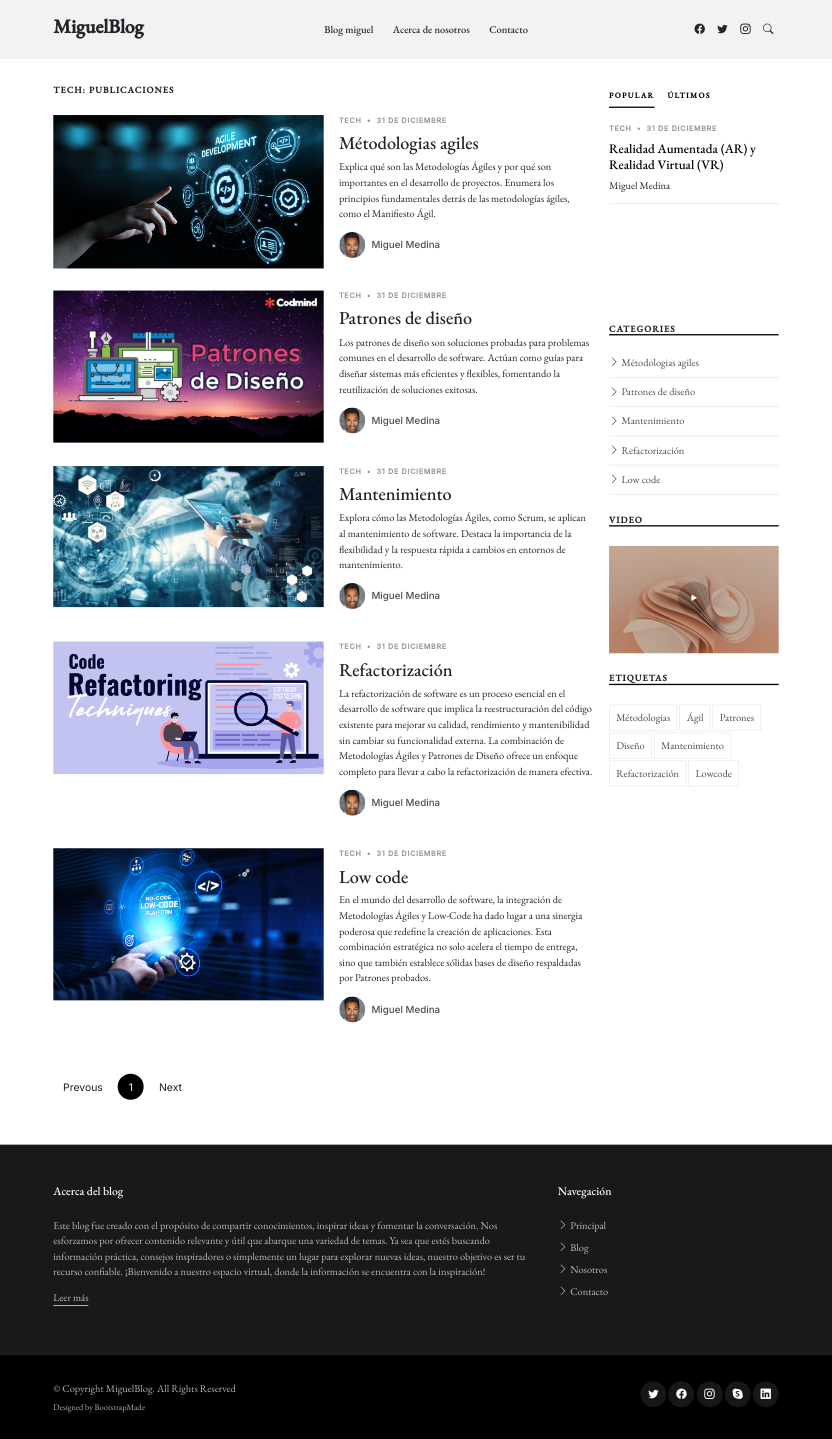
Repository: MiguelDev5/blog-miguel
Page: index.html
These files come from the project's save history. The page is drawn as it stood at one moment and after the next save; the edit follows.
The browser window is 1280 px wide. The pictures show the whole page, at 65% of full size.
Some web fonts or font styles are not loaded; a fallback is used.

Above is the page before, as saved 2024-01-01 21:36:38.

### index.html
<!DOCTYPE html>
<html lang="en">

<head>
  <meta charset="utf-8">
  <meta content="width=device-width, initial-scale=1.0" name="viewport">

  <title>MiguelBlog Bootstrap Template - Category</title>
  <meta content="" name="description">
  <meta content="" name="keywords">

  <!-- Favicons -->
  <link href="assets/img/favicon.png" rel="icon">
  <link href="assets/img/apple-touch-icon.png" rel="apple-touch-icon">

  <!-- Google Fonts -->
  <link rel="preconnect" href="https://fonts.googleapis.com">
  <link rel="preconnect" href="https://fonts.gstatic.com" crossorigin>
  <link href="https://fonts.googleapis.com/css2?family=EB+Garamond:wght@400;500&family=Inter:wght@400;500&family=Playfair+Display:ital,wght@0,400;0,700;1,400;1,700&display=swap" rel="stylesheet">

  <!-- Vendor CSS Files -->
  <link href="assets/vendor/bootstrap/css/bootstrap.min.css" rel="stylesheet">
  <link href="assets/vendor/bootstrap-icons/bootstrap-icons.css" rel="stylesheet">
  <link href="assets/vendor/swiper/swiper-bundle.min.css" rel="stylesheet">
  <link href="assets/vendor/glightbox/css/glightbox.min.css" rel="stylesheet">
  <link href="assets/vendor/aos/aos.css" rel="stylesheet">

  <!-- Template Main CSS Files -->
  <link href="assets/css/variables.css" rel="stylesheet">
  <link href="assets/css/main.css" rel="stylesheet">

  <!-- =======================================================
  * Template Name: MiguelBlog
  * Updated: Sep 18 2023 with Bootstrap v5.3.2
  * Template URL: https://bootstrapmade.com/miguelBlog-bootstrap-blog-template/
  * Author: BootstrapMade.com
  * License: https:///bootstrapmade.com/license/
  ======================================================== -->
</head>

<body>

  <!-- ======= Header ======= -->
  <header id="header" class="header d-flex align-items-center fixed-top">
    <div class="container-fluid container-xl d-flex align-items-center justify-content-between">

      <a href="index.html" class="logo d-flex align-items-center">
        <!-- Uncomment the line below if you also wish to use an image logo -->
        <!-- <img src="assets/img/logo.png" alt=""> -->
        <h1>MiguelBlog</h1>
      </a>

      <nav id="navbar" class="navbar">
        <ul>
          <li><a href="index.html">Blog miguel</a></li>
          <li><a href="about.html">Acerca de nosotros</a></li>
          <li><a href="contact.html">Contacto</a></li>
        </ul>
      </nav><!-- .navbar -->

      <div class="position-relative">
        <a href="#" class="mx-2"><span class="bi-facebook"></span></a>
        <a href="#" class="mx-2"><span class="bi-twitter"></span></a>
        <a href="#" class="mx-2"><span class="bi-instagram"></span></a>

        <a href="#" class="mx-2 js-search-open"><span class="bi-search"></span></a>
        <i class="bi bi-list mobile-nav-toggle"></i>

        <!-- ======= Search Form ======= -->
        <div class="search-form-wrap js-search-form-wrap">
          <form action="search-result.html" class="search-form">
            <span class="icon bi-search"></span>
            <input type="text" placeholder="Search" class="form-control">
            <button class="btn js-search-close"><span class="bi-x"></span></button>
          </form>
        </div><!-- End Search Form -->

      </div>

    </div>

  </header><!-- End Header -->

  <main id="main">
    <section>
      <div class="container">
        <div class="row">

          <div class="col-md-9" data-aos="fade-up">
            <h3 class="category-title">Tech: publicaciones</h3>

            <div class="d-md-flex post-entry-2 half">
              <a href="post-ma  .html" class="me-4 thumbnail">
                <img src="assets/img/ma001.jpg" alt="" class="img-fluid">
              </a>
              <div>
                <div class="post-meta"><span class="date">Tech</span> <span class="mx-1">&bullet;</span> <span>31 de Diciembre</span></div>
                <h3><a href="post-ma.html">Métodologias agiles</a></h3>
                <p>Explica qué son las Metodologías Ágiles y por qué son importantes en el desarrollo de proyectos.
                  Enumera los principios fundamentales detrás de las metodologías ágiles, como el Manifiesto Ágil.</p>
                <div class="d-flex align-items-center author">
                  <div class="photo"><img src="assets/img/person-2.jpg" alt="" class="img-fluid"></div>
                  <div class="name">
                    <h3 class="m-0 p-0">Miguel Medina</h3>
                  </div>
                </div>
              </div>
            </div>

            <div class="d-md-flex post-entry-2 half">
              <a href="post-pd.html" class="me-4 thumbnail">
                <img src="assets/img/pd001.jpg" alt="" class="img-fluid">
              </a>
              <div>
                <div class="post-meta"><span class="date">Tech</span> <span class="mx-1">&bullet;</span> <span>31 de Diciembre</span></div>
                <h3><a href="post-pd.html">Patrones de diseño</a></h3>
                <p>Los patrones de diseño son soluciones probadas para problemas comunes en el desarrollo de software. Actúan como guías para diseñar sistemas más eficientes y flexibles, fomentando la reutilización de soluciones exitosas.</p>
                <div class="d-flex align-items-center author">
                  <div class="photo"><img src="assets/img/person-2.jpg" alt="" class="img-fluid"></div>
                  <div class="name">
                    <h3 class="m-0 p-0">Miguel Medina</h3>
                  </div>
                </div>
              </div>
            </div>

            <div class="d-md-flex post-entry-2 half">
              <a href="post-m.html" class="me-4 thumbnail">
                <img src="assets/img/m001.jpg" alt="" class="img-fluid">
              </a>
              <div>
                <div class="post-meta"><span class="date">Tech</span> <span class="mx-1">&bullet;</span> <span>31 de Diciembre</span></div>
                <h3><a href="post-m.html">Mantenimiento</a></h3>
                <p>Explora cómo las Metodologías Ágiles, como Scrum, se aplican al mantenimiento de software. Destaca la importancia de la flexibilidad y la respuesta rápida a cambios en entornos de mantenimiento.</p>
                <div class="d-flex align-items-center author">
                  <div class="photo"><img src="assets/img/person-2.jpg" alt="" class="img-fluid"></div>
                  <div class="name">
                    <h3 class="m-0 p-0">Miguel Medina</h3>
                  </div>
                </div>
              </div>
            </div>

            <div class="d-md-flex post-entry-2 half">
              <a href="post-r.html" class="me-4 thumbnail">
                <img src="assets/img/r001.png" alt="" class="img-fluid">
              </a>
              <div>
                <div class="post-meta"><span class="date">Tech</span> <span class="mx-1">&bullet;</span> <span>31 de Diciembre</span></div>
                <h3><a href="post-r.html">Refactorización</a></h3>
                <p>La refactorización de software es un proceso esencial en el desarrollo de software que implica la reestructuración del código existente para mejorar su calidad, rendimiento y mantenibilidad sin cambiar su funcionalidad externa. La combinación de Metodologías Ágiles y Patrones de Diseño ofrece un enfoque completo para llevar a cabo la refactorización de manera efectiva.</p>
                <div class="d-flex align-items-center author">
                  <div class="photo"><img src="assets/img/person-2.jpg" alt="" class="img-fluid"></div>
                  <div class="name">
                    <h3 class="m-0 p-0">Miguel Medina</h3>
                  </div>
                </div>
              </div>
            </div>

            <div class="d-md-flex post-entry-2 half">
              <a href="post-lc.html" class="me-4 thumbnail">
                <img src="assets/img/lc001.jpg" alt="" class="img-fluid">
              </a>
              <div>
                <div class="post-meta"><span class="date">Tech</span> <span class="mx-1">&bullet;</span> <span>31 de Diciembre</span></div>
                <h3><a href="post-lc.html">Low code</a></h3>
                <p>En el mundo del desarrollo de software, la integración de Metodologías Ágiles y Low-Code ha dado lugar a una sinergia poderosa que redefine la creación de aplicaciones. Esta combinación estratégica no solo acelera el tiempo de entrega, sino que también establece sólidas bases de diseño respaldadas por Patrones probados.</p>
                <div class="d-flex align-items-center author">
                  <div class="photo"><img src="assets/img/person-2.jpg" alt="" class="img-fluid"></div>
                  <div class="name">
                    <h3 class="m-0 p-0">Miguel Medina</h3>
                  </div>
                </div>
              </div>
            </div>
            <div class="text-start py-4">
              <div class="custom-pagination">
                <a href="#" class="prev">Prevous</a>
                <a href="#" class="active">1</a>
                <a href="#" class="next">Next</a>
              </div>
            </div>
          </div>

          <div class="col-md-3">
            <!-- ======= Sidebar ======= -->
            <div class="aside-block">

              <ul class="nav nav-pills custom-tab-nav mb-4" id="pills-tab" role="tablist">
                <li class="nav-item" role="presentation">
                  <button class="nav-link active" id="pills-popular-tab" data-bs-toggle="pill" data-bs-target="#pills-popular" type="button" role="tab" aria-controls="pills-popular" aria-selected="true">Popular</button>
                </li>
                <li class="nav-item" role="presentation">
                  <button class="nav-link" id="pills-latest-tab" data-bs-toggle="pill" data-bs-target="#pills-latest" type="button" role="tab" aria-controls="pills-latest" aria-selected="false">Últimos</button>
                </li>
              </ul>

              <div class="tab-content" id="pills-tabContent">

                <!-- Popular -->
                <div class="tab-pane fade show active" id="pills-popular" role="tabpanel" aria-labelledby="pills-popular-tab">
                  <div class="post-entry-1 border-bottom">
                    <div class="post-meta"><span class="date">Tech</span> <span class="mx-1">&bullet;</span> <span>31 de Diciembre</span></div>
                    <h2 class="mb-2"><a href="#">Realidad Aumentada (AR) y Realidad Virtual (VR)</a></h2>
                    <span class="author mb-3 d-block">Miguel Medina</span>
                  </div>


                <!-- Latest -->
                <div class="tab-pane fade" id="pills-latest" role="tabpanel" aria-labelledby="pills-latest-tab">
                  <div class="post-entry-1 border-bottom">
                    <div class="post-meta"><span class="date">Tech</span> <span class="mx-1">&bullet;</span> <span>31 de Diciembre</span></div>
                    <h2 class="mb-2"><a href="#">Life Insurance And Pregnancy: A Working Mom’s Guide</a></h2>
                    <span class="author mb-3 d-block">Miguel Medina</span>
                  </div>
                </div> <!-- End Latest -->

              </div>
            </div>

            <div class="aside-block">
              <h3 class="aside-title">Categories</h3>
              <ul class="aside-links list-unstyled">
                <li><a href="category.html"><i class="bi bi-chevron-right"></i> Métodologias agiles</a></li>
                <li><a href="category.html"><i class="bi bi-chevron-right"></i> Patrones de diseño</a></li>
                <li><a href="category.html"><i class="bi bi-chevron-right"></i> Mantenimiento</a></li>
                <li><a href="category.html"><i class="bi bi-chevron-right"></i> Refactorización</a></li>
                <li><a href="category.html"><i class="bi bi-chevron-right"></i> Low code</a></li>
              </ul>
            </div><!-- End Categories -->

            <div class="aside-block">
              <h3 class="aside-title">Video</h3>
              <div class="video-post">
                <a href="https://www.youtube.com/watch?v=AiFfDjmd0jU" class="glightbox link-video">
                  <span class="bi-play-fill"></span>
                  <img src="assets/img/post-landscape-5.jpg" alt="" class="img-fluid">
                </a>
              </div>
            </div><!-- End Video -->



            <div class="aside-block">
              <h3 class="aside-title">Etiquetas</h3>
              <ul class="aside-tags list-unstyled">
                <li><a href="category.html">Métodologias</a></li>
                <li><a href="category.html">Ágil</a></li>
                <li><a href="category.html">Patrones</a></li>
                <li><a href="category.html">Diseño</a></li>
                <li><a href="category.html">Mantenimiento</a></li>
                <li><a href="category.html">Refactorización</a></li>
                <li><a href="category.html">Lowcode</a></li>
              </ul>
            </div><!-- End Tags -->

          </div>

        </div>
      </div>
    </section>
  </main><!-- End #main -->

  <!-- ======= Footer ======= -->
  <footer id="footer" class="footer">
    <div class="footer-content">
      <div class="container">
        <div class="row g-5">
          <div class="col-lg-8">
            <h3 class="footer-heading">Acerca del blog</h3>
            <p>Este blog fue creado con el propósito de compartir conocimientos, inspirar ideas y fomentar la conversación. Nos esforzamos por ofrecer contenido relevante y útil que abarque una variedad de temas. Ya sea que estés buscando información práctica, consejos inspiradores o simplemente un lugar para explorar nuevas ideas, nuestro objetivo es ser tu recurso confiable. ¡Bienvenido a nuestro espacio virtual, donde la información se encuentra con la inspiración!</p>
            <p><a href="about.html" class="footer-link-more">Leer más</a></p>
          </div>
          <div class="col-6 col-lg-2">
            <h3 class="footer-heading">Navegación</h3>
            <ul class="footer-links list-unstyled">
              <li><a href="index.html"><i class="bi bi-chevron-right"></i> Principal</a></li>
              <li><a href="index.html"><i class="bi bi-chevron-right"></i> Blog</a></li>
              <li><a href="about.html"><i class="bi bi-chevron-right"></i> Nosotros</a></li>
              <li><a href="contact.html"><i class="bi bi-chevron-right"></i> Contacto</a></li>
            </ul>
          </div>
        </div>
      </div>
    </div>

    <div class="footer-legal">
      <div class="container">

        <div class="row justify-content-between">
          <div class="col-md-6 text-center text-md-start mb-3 mb-md-0">
            <div class="copyright">
              © Copyright <strong><span>MiguelBlog</span></strong>. All Rights Reserved
            </div>

            <div class="credits">
              Designed by BootstrapMade
            </div>

          </div>

          <div class="col-md-6">
            <div class="social-links mb-3 mb-lg-0 text-center text-md-end">
              <a href="#" class="twitter"><i class="bi bi-twitter"></i></a>
              <a href="#" class="facebook"><i class="bi bi-facebook"></i></a>
              <a href="#" class="instagram"><i class="bi bi-instagram"></i></a>
              <a href="#" class="google-plus"><i class="bi bi-skype"></i></a>
              <a href="#" class="linkedin"><i class="bi bi-linkedin"></i></a>
            </div>

          </div>

        </div>

      </div>
    </div>
  </footer>

  <a href="#" class="scroll-top d-flex align-items-center justify-content-center"><i class="bi bi-arrow-up-short"></i></a>

  <!-- Vendor JS Files -->
  <script src="assets/vendor/bootstrap/js/bootstrap.bundle.min.js"></script>
  <script src="assets/vendor/swiper/swiper-bundle.min.js"></script>
  <script src="assets/vendor/glightbox/js/glightbox.min.js"></script>
  <script src="assets/vendor/aos/aos.js"></script>
  <script src="assets/vendor/php-email-form/validate.js"></script>

  <!-- Template Main JS File -->
  <script src="assets/js/main.js"></script>

</body>

</html>

Loaded but not shown: assets/vendor/bootstrap/css/bootstrap.min.css (library); assets/vendor/bootstrap-icons/bootstrap-icons.css (library); assets/vendor/swiper/swiper-bundle.min.css (library); assets/vendor/glightbox/css/glightbox.min.css (library); assets/vendor/aos/aos.css (library); assets/vendor/bootstrap/js/bootstrap.bundle.min.js (library); assets/vendor/swiper/swiper-bundle.min.js (library); assets/vendor/glightbox/js/glightbox.min.js (library); assets/vendor/aos/aos.js (library); assets/vendor/php-email-form/validate.js (common file); assets/js/main.js (154 lines, source omitted); assets/css/main.css (1300 lines, source omitted); assets/css/variables.css (207 lines, source omitted)

After the next save:
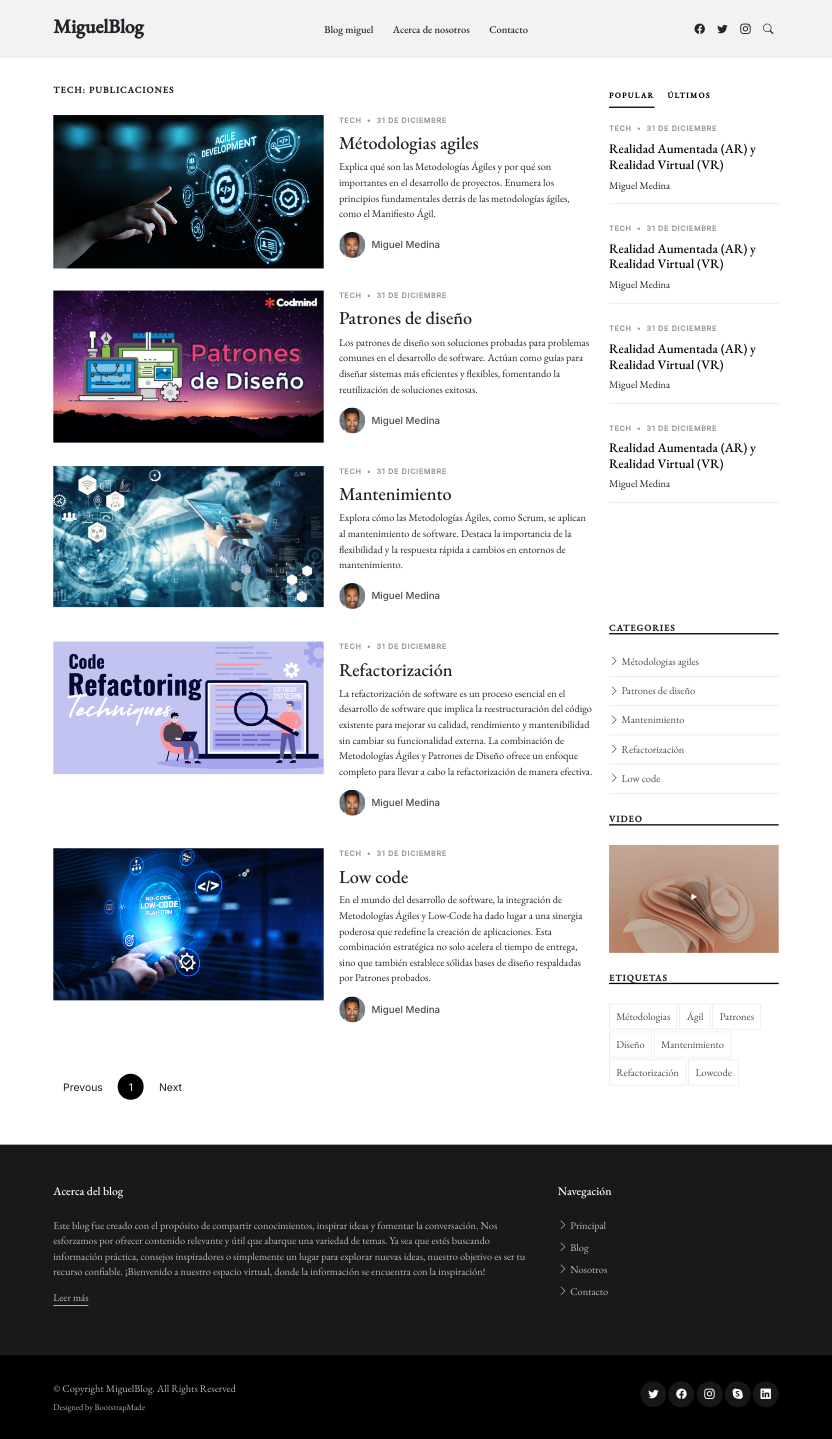
Saved 34 s later.
--- a/index.html
+++ b/index.html
@@ -200,6 +200,24 @@
 
                 <!-- Popular -->
                 <div class="tab-pane fade show active" id="pills-popular" role="tabpanel" aria-labelledby="pills-popular-tab">
+                  <div class="post-entry-1 border-bottom">
+                    <div class="post-meta"><span class="date">Tech</span> <span class="mx-1">&bullet;</span> <span>31 de Diciembre</span></div>
+                    <h2 class="mb-2"><a href="#">Realidad Aumentada (AR) y Realidad Virtual (VR)</a></h2>
+                    <span class="author mb-3 d-block">Miguel Medina</span>
+                  </div>
+
+                  <div class="post-entry-1 border-bottom">
+                    <div class="post-meta"><span class="date">Tech</span> <span class="mx-1">&bullet;</span> <span>31 de Diciembre</span></div>
+                    <h2 class="mb-2"><a href="#">Realidad Aumentada (AR) y Realidad Virtual (VR)</a></h2>
+                    <span class="author mb-3 d-block">Miguel Medina</span>
+                  </div>
+
+                  <div class="post-entry-1 border-bottom">
+                    <div class="post-meta"><span class="date">Tech</span> <span class="mx-1">&bullet;</span> <span>31 de Diciembre</span></div>
+                    <h2 class="mb-2"><a href="#">Realidad Aumentada (AR) y Realidad Virtual (VR)</a></h2>
+                    <span class="author mb-3 d-block">Miguel Medina</span>
+                  </div>
+
                   <div class="post-entry-1 border-bottom">
                     <div class="post-meta"><span class="date">Tech</span> <span class="mx-1">&bullet;</span> <span>31 de Diciembre</span></div>
                     <h2 class="mb-2"><a href="#">Realidad Aumentada (AR) y Realidad Virtual (VR)</a></h2>
